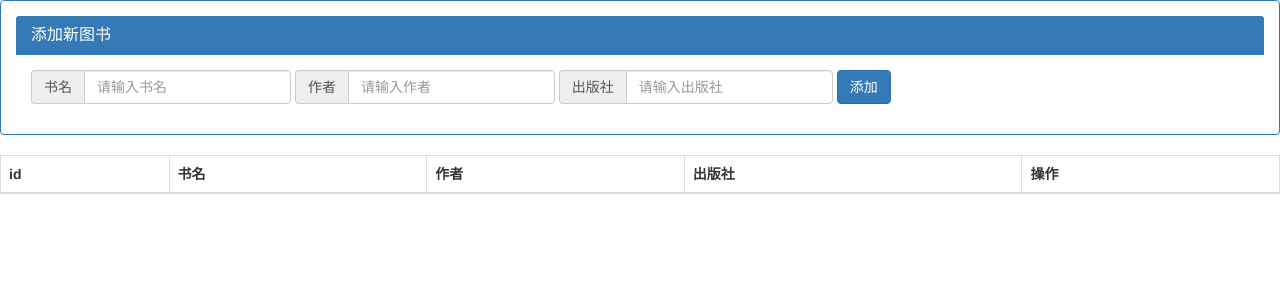
Repository: R1Deemo/ajax
Page: 图书管理.html
These files come from the project's save history. The page is drawn as it stood at one moment and after the next save; the edit follows.
The browser window is 1280 px wide. The pictures show the whole page.
The page's requests for data from a server got no answer.

Above is the page before, as saved 2022-10-24 20:32:24.

### 图书管理.html
<!DOCTYPE html>
<html lang="en">

<head>
    <meta charset="UTF-8">
    <meta http-equiv="X-UA-Compatible" content="IE=edge">
    <meta name="viewport" content="width=device-width, initial-scale=1.0">
    <title>Document</title>
    <link rel="stylesheet" href="./lib/bootstrap.css">
    <script src="./lib/jquery.js"></script>
    <script src="./lib/vue.js"></script>
    <style>
        .panel {
            padding: 15px;
        }
    </style>

</head>

<body>
    <div id="main">
        <div class="panel panel-primary">
            <div class="panel-heading">
                <h3 class="panel-title">添加新图书</h3>
            </div>
            <div class="panel-body form-inline">


                <div class="input-group">
                    <div class="input-group-addon">书名</div>
                    <input type="text" class="form-control" id="exampleInputAmount" placeholder="请输入书名">
                </div>
                <div class="input-group">
                    <div class="input-group-addon">作者</div>
                    <input type="text" class="form-control" id="exampleInputAmount" placeholder="请输入作者">
                </div>
                <div class="input-group">
                    <div class="input-group-addon">出版社</div>
                    <input type="text" class="form-control" id="exampleInputAmount" placeholder="请输入出版社">
                </div>
                <button id="btnAdd" class="btn btn-primary" @click="handle">添加</button>
            </div>
        </div>

        <table class="table table-bordered table-hover">
            <thead>
                <tr>
                    <th>id</th>
                    <th>书名</th>
                    <th>作者</th>
                    <th>出版社</th>
                    <th>操作</th>
                </tr>
            </thead>
            <tbody>
                <tr v-for="item in list">
                    <td>{{item.id}}</td>
                    <td>{{item.bookname}}</td>
                    <td>{{item.author}}</td>
                    <td>{{item.publisher}}</td>
                    <td><a href="javascript:;">删除</a></td>
                </tr>
            </tbody>
        </table>
    </div>



</body>
<script>
    $(function() {

        //  getBookList()
        let that = this
        var app = new Vue({
            el: '#main',
            data: {
                list: []

            },
            methods: {
                handle: function() {
                    console.log(this.list)
                },

                getBookList: function() {
                    let that = this
                        // 1.发起ajax请求
                    $.get('http://www.liulongbin.top:3006/api/getbooks', function(res) {
                        if (res.status !== 200) return alert('失败')
                        console.log(res.data)
                        that.list = res.data
                        console.log(that.list)
                            // var book = {}
                            // book.id = res.data.id
                            // that.list.push(book)
                    })
                },

            },
            created() {
                $.get('http://www.liulongbin.top:3006/api/getbooks', function(res) {
                    if (res.status !== 200) return alert('失败')
                    console.log(res.data)
                    that.list = res.data
                    console.log(that.list)
                })
            }


        })
    })
</script>

</html>

Loaded but not shown: lib/bootstrap.css (library); lib/jquery.js (library); lib/vue.js (library)

After the next save:
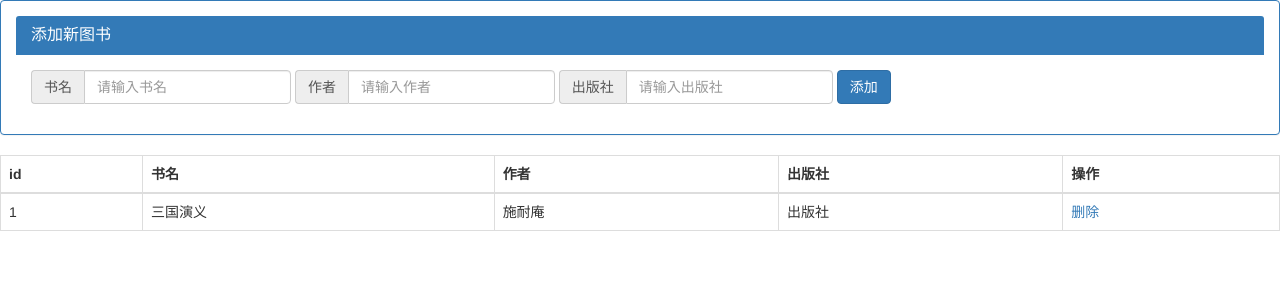
Saved 2 min 29 s later.
--- a/图书管理.html
+++ b/图书管理.html
@@ -75,7 +75,12 @@
         var app = new Vue({
             el: '#main',
             data: {
-                list: []
+                list: [{
+                    id: 1,
+                    bookname: '三国演义',
+                    author: '施耐庵',
+                    publisher: '出版社'
+                }]
 
             },
             methods: {
